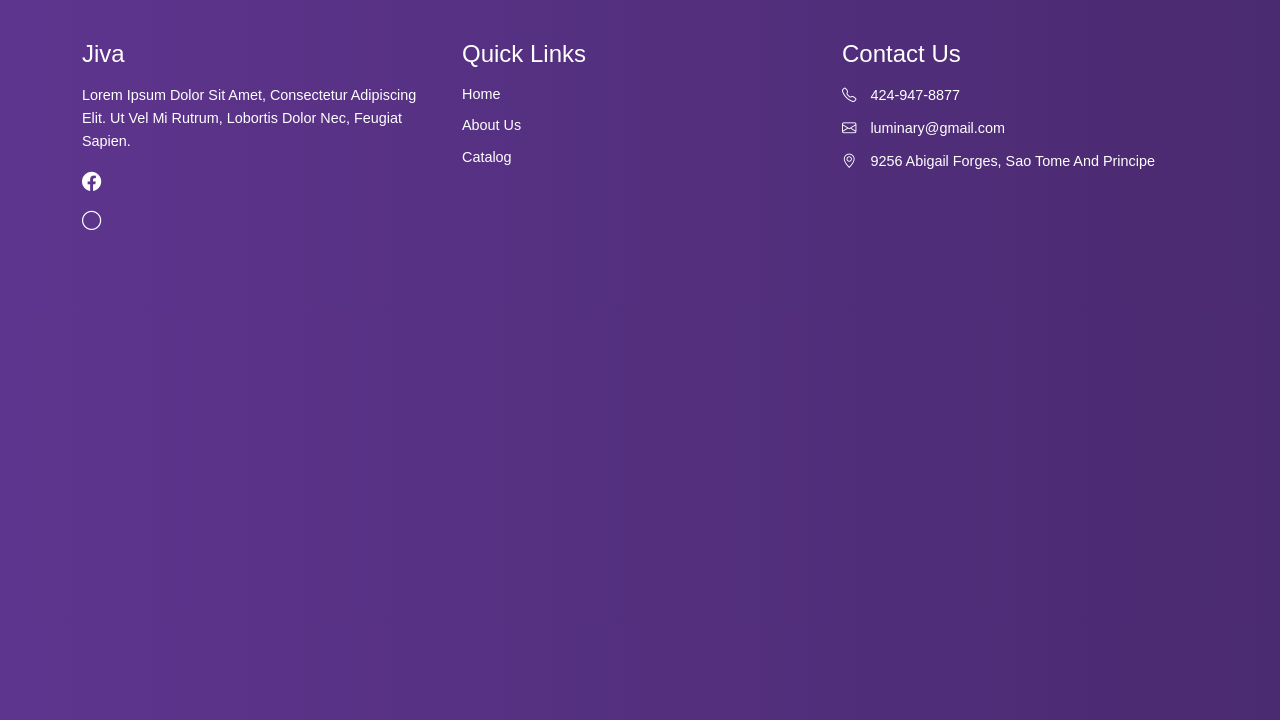
Repository: Vaishnavi323/SonaChandi
Page: http://localhost/sonachandi/application/views/common/footer.php
An editor plug-in stored every save of this project. The page is shown before and after the next save, followed by the edit.
The browser window is 1280 px wide. The pictures show the whole page.
The page is run by PHP 8.4 with error messages shown; the project is at /var/www/html/.

Above is the page before, as saved 2025-06-04 15:54:10.

After the next save:
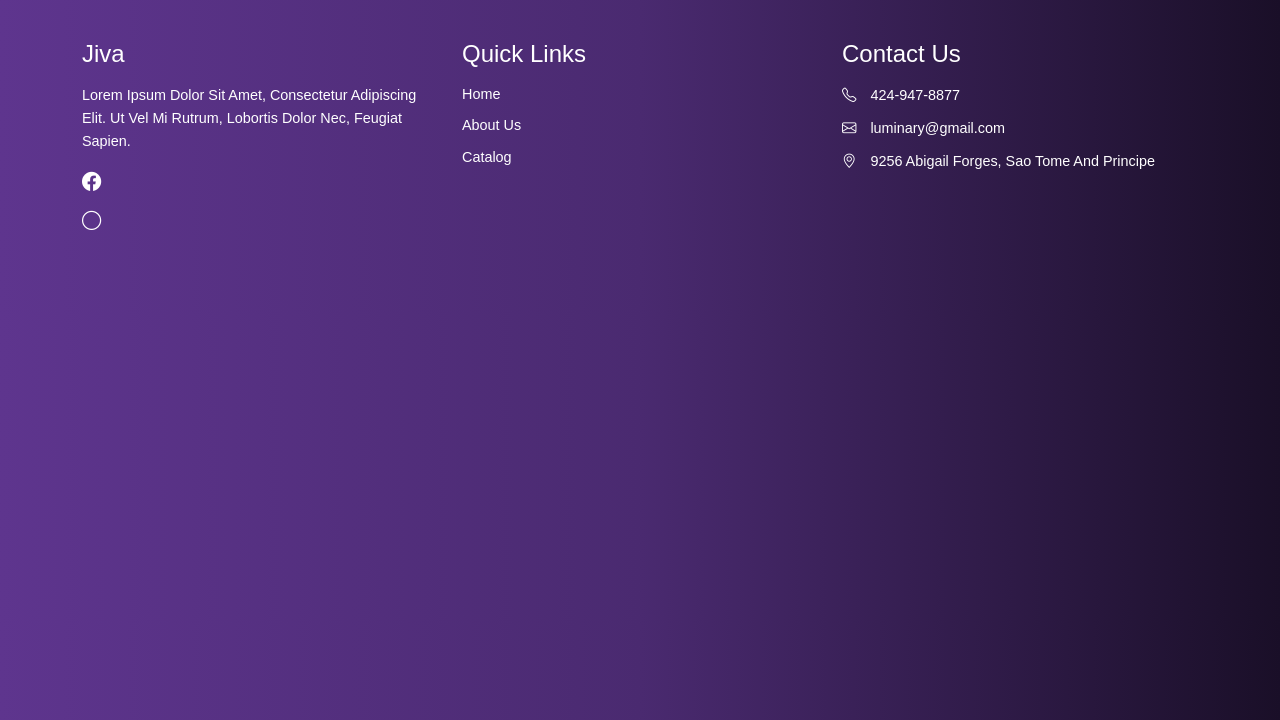
Saved 19 s later.
--- a/application/views/common/footer.php
+++ b/application/views/common/footer.php
@@ -9,7 +9,7 @@
     <link href="https://cdn.jsdelivr.net/npm/bootstrap@5.3.0/dist/css/bootstrap.min.css" rel="stylesheet">
     <style>
         body {
-            background: linear-gradient(to right, #5E358E, #4A2A70);
+            background: linear-gradient(to right, #5E358E, #4A2A70, #1A0F28);
             color: white;
             font-family: Arial, sans-serif;
         }
